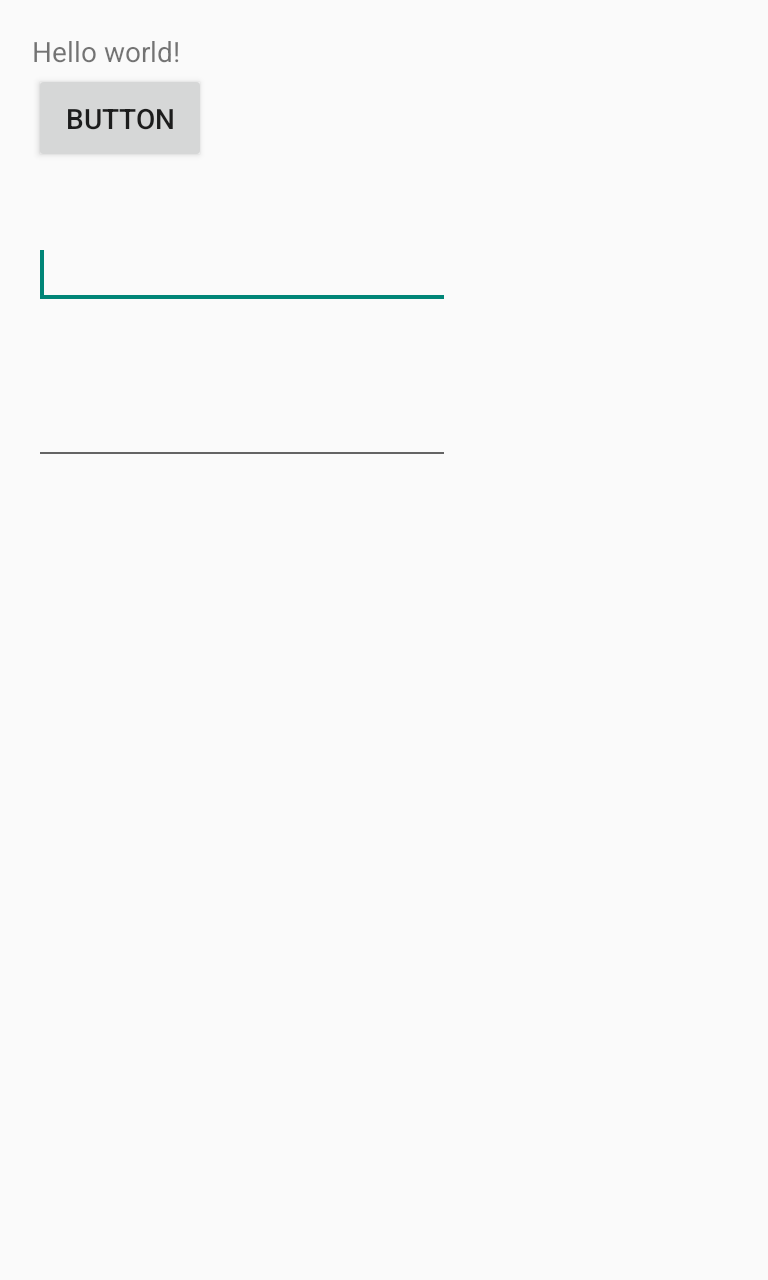
Repository: Kerry50407/temp
Layout: first/res/layout/activity_main.xml
An editor plug-in stored every save of this project. The layout is shown before and after the next save, followed by the edit.
It is drawn on a 768 x 1280 px phone screen (xhdpi) without system bars, with theme AppTheme; the app's code is not run.

Above is the layout before, as saved 2014-10-20 12:34:21.

### first/res/layout/activity_main.xml
<RelativeLayout xmlns:android="http://schemas.android.com/apk/res/android"
    xmlns:tools="http://schemas.android.com/tools"
    android:layout_width="match_parent"
    android:layout_height="match_parent"
    android:paddingBottom="@dimen/activity_vertical_margin"
    android:paddingLeft="@dimen/activity_horizontal_margin"
    android:paddingRight="@dimen/activity_horizontal_margin"
    android:paddingTop="@dimen/activity_vertical_margin"
    tools:context="com.example.first.MainActivity" >

    <TextView
        android:id="@+id/textView1"
        android:layout_width="wrap_content"
        android:layout_height="wrap_content"
        android:text="@string/hello_world" />

    <Button
        android:id="@+id/button1"
        android:layout_width="wrap_content"
        android:layout_height="wrap_content"
        android:layout_alignLeft="@+id/textView1"
        android:layout_below="@+id/textView1"
        android:text="Button" />

    <EditText
        android:id="@+id/editText1"
        android:layout_width="wrap_content"
        android:layout_height="wrap_content"
        android:layout_alignLeft="@+id/button1"
        android:layout_below="@+id/button1"
        android:layout_marginTop="32dp"
        android:ems="10" >

        <requestFocus />
    </EditText>

    <EditText
        android:id="@+id/editText2"
        android:layout_width="wrap_content"
        android:layout_height="wrap_content"
        android:layout_alignLeft="@+id/editText1"
        android:layout_below="@+id/editText1"
        android:layout_marginTop="37dp"
        android:ems="10"
        android:inputType="textPostalAddress" />

</RelativeLayout>

### first/res/values/strings.xml
<?xml version="1.0" encoding="utf-8"?>
<resources>

    <string name="app_name">first</string>
    <string name="hello_world">Hello world!</string>
    <string name="action_settings">Settings</string>

</resources>

Loaded but not shown: first/res/values/styles.xml (common file); first/res/values-v11/styles.xml (common file); first/res/values-v14/styles.xml (common file); first/res/values/dimens.xml (common file); first/res/values-w820dp/dimens.xml (common file)

After the next save:
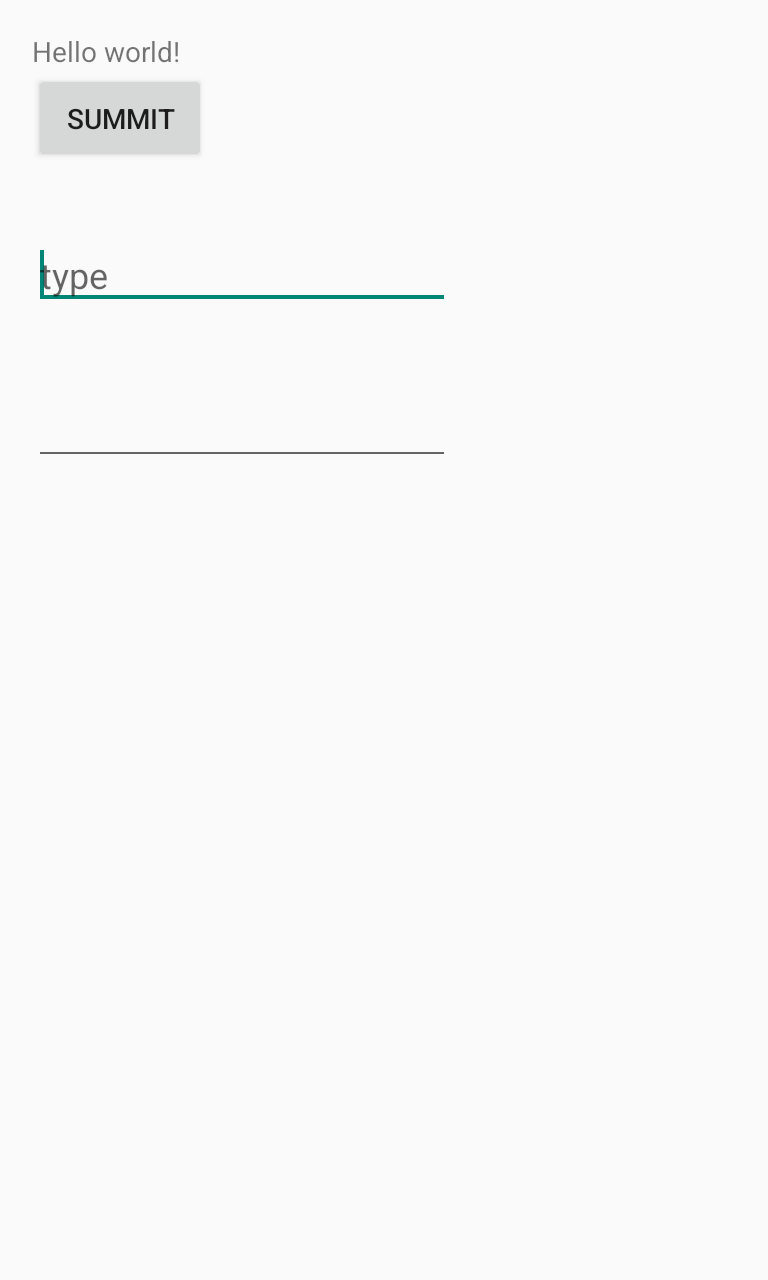
Saved 34 s later.
--- a/first/res/layout/activity_main.xml
+++ b/first/res/layout/activity_main.xml
@@ -20,7 +20,7 @@
         android:layout_height="wrap_content"
         android:layout_alignLeft="@+id/textView1"
         android:layout_below="@+id/textView1"
-        android:text="Button" />
+        android:text="Summit" />
 
     <EditText
         android:id="@+id/editText1"
@@ -29,7 +29,8 @@
         android:layout_alignLeft="@+id/button1"
         android:layout_below="@+id/button1"
         android:layout_marginTop="32dp"
-        android:ems="10" >
+        android:ems="10"
+        android:hint="type" >
 
         <requestFocus />
     </EditText>
